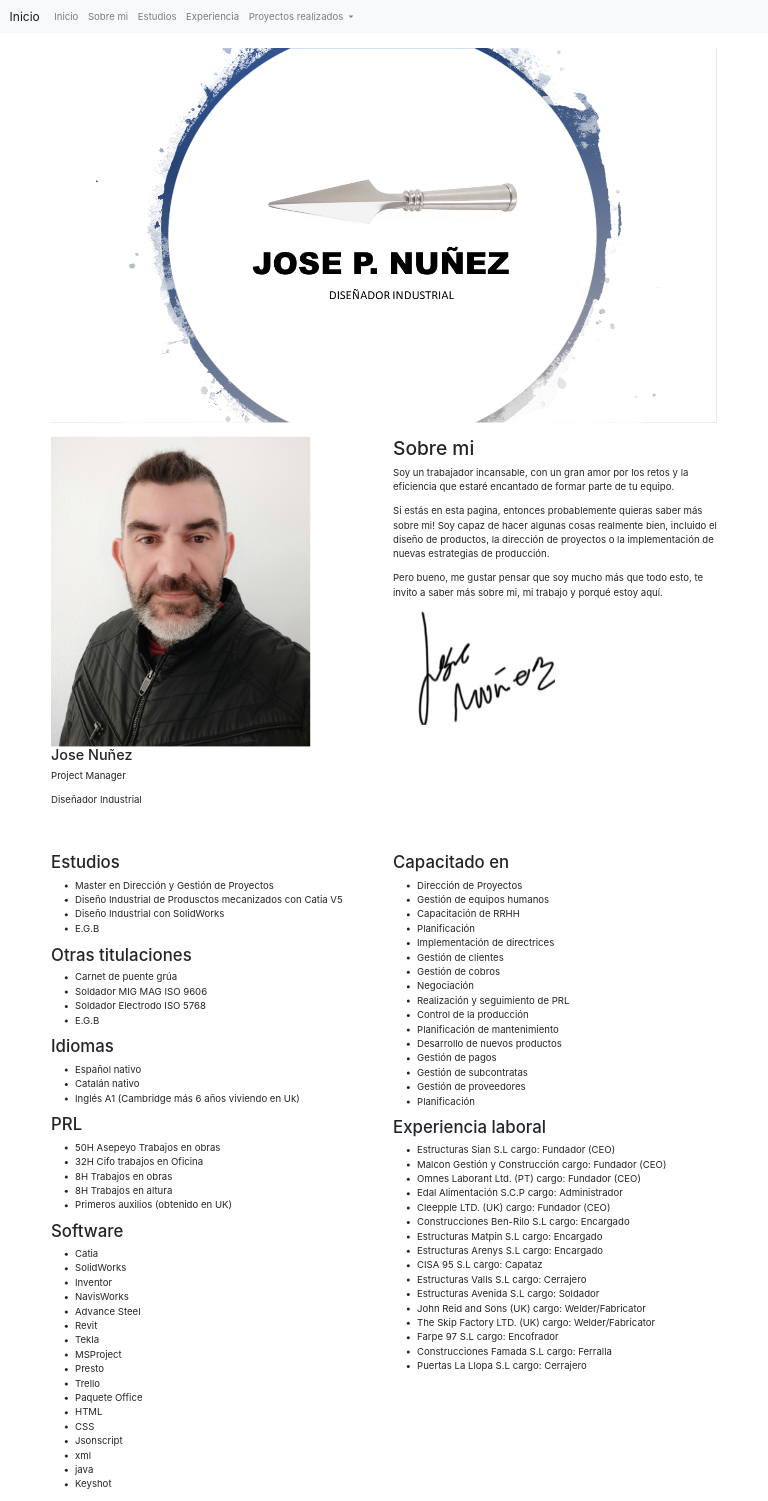
Repository: Hrotgarion1/jose
Page: index.html
These files come from the project's save history. The page is drawn as it stood at one moment and after the next save; the edit follows.
The browser window is 1280 px wide. The pictures show the whole page, at 60% of full size.

Above is the page before, as saved 2020-09-29 20:04:09.

After the next save:
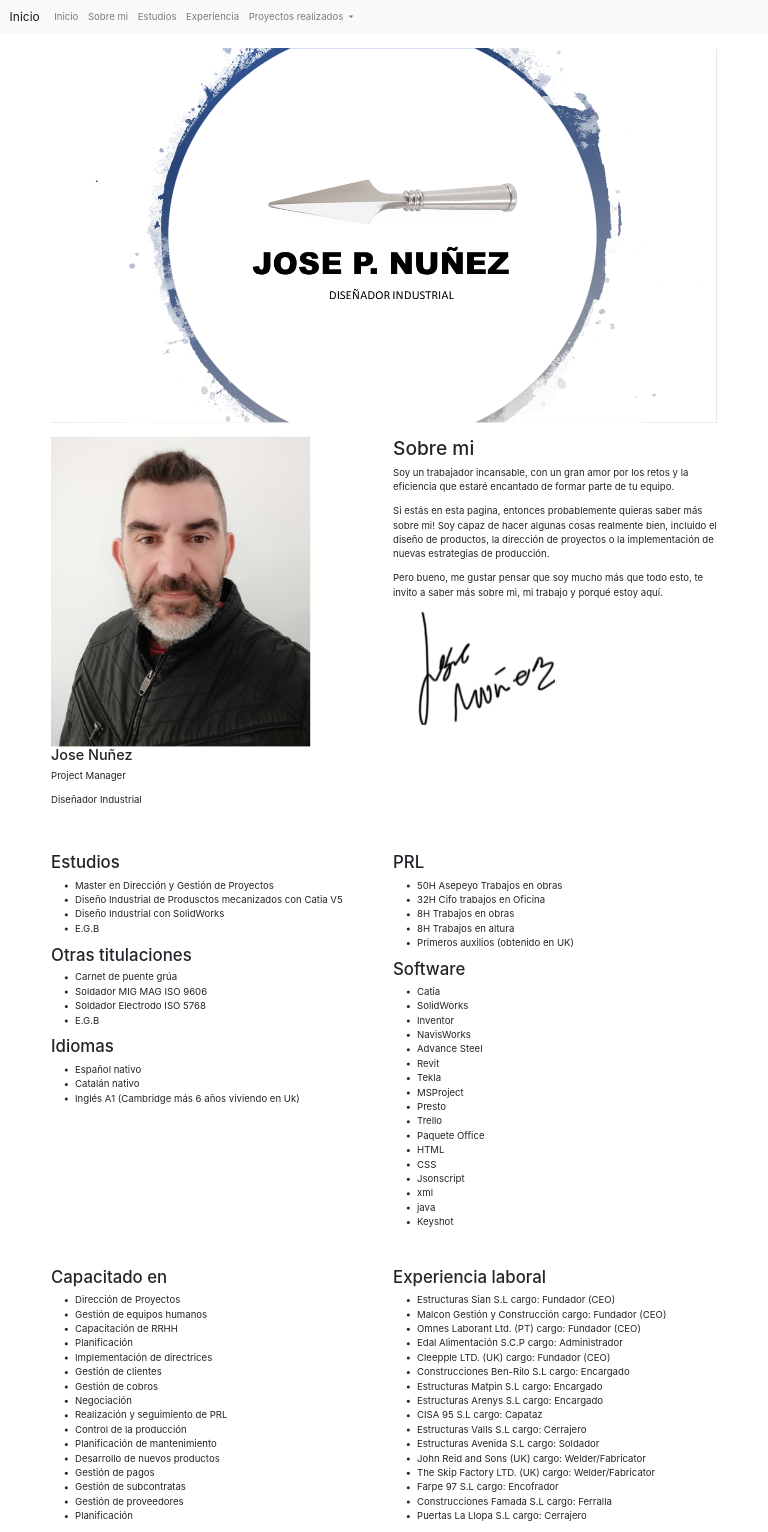
Saved 5 min 11 s later.
--- a/index.html
+++ b/index.html
@@ -106,7 +106,14 @@
                 <li>Catalán nativo</li>
                 <li>Inglés A1 (Cambridge más 6 años viviendo en Uk)</li>
               </ul>
-              <h3>PRL</h3>
+
+
+
+          </article>
+          <br>
+
+         <aside class="col-xs-12 col-sm-6 col-md-6 col-lg-6">
+          <h3>PRL</h3>
               <ul>
                 <li>50H Asepeyo Trabajos en obras</li>
                 <li>32H Cifo trabajos en Oficina</li>
@@ -135,31 +142,41 @@
                 <li>Keyshot</li>
 
               </ul>
-
+       </aside>
+
+        </section>
+        <br><br>
+
+        <!--Seccion en la que pongo unas listas con mis capacidades y mis estudios-->
+
+        <section class="main row" id="cv">
+
+          <article class="col-xs-12 col-sm-6 col-md-6 col-lg-6">
+            <h3>Capacitado en</h3>
+            <ul>
+              <li>Dirección de Proyectos</li>
+              <li>Gestión de equipos humanos</li>
+              <li>Capacitación de RRHH</li>
+              <li>Planificación</li>
+              <li>Implementación de directrices</li>
+              <li>Gestión de clientes</li>
+              <li>Gestión de cobros</li>
+              <li>Negociación</li>
+              <li>Realización y seguimiento de PRL</li>
+              <li>Control de la producción</li>
+              <li>Planificación de mantenimiento</li>
+              <li>Desarrollo de nuevos productos</li>
+              <li>Gestión de pagos</li>
+              <li>Gestión de subcontratas</li>
+              <li>Gestión de proveedores</li>
+              <li>Planificación</li>
+            </ul>
 
           </article>
           <br>
 
          <aside class="col-xs-12 col-sm-6 col-md-6 col-lg-6">
-          <h3>Capacitado en</h3>
-              <ul>
-                <li>Dirección de Proyectos</li>
-                <li>Gestión de equipos humanos</li>
-                <li>Capacitación de RRHH</li>
-                <li>Planificación</li>
-                <li>Implementación de directrices</li>
-                <li>Gestión de clientes</li>
-                <li>Gestión de cobros</li>
-                <li>Negociación</li>
-                <li>Realización y seguimiento de PRL</li>
-                <li>Control de la producción</li>
-                <li>Planificación de mantenimiento</li>
-                <li>Desarrollo de nuevos productos</li>
-                <li>Gestión de pagos</li>
-                <li>Gestión de subcontratas</li>
-                <li>Gestión de proveedores</li>
-                <li>Planificación</li>
-              </ul>
+
               <h3>Experiencia laboral</h3>
               <ul>
                 <li>Estructuras Sian S.L cargo: Fundador (CEO)</li>
